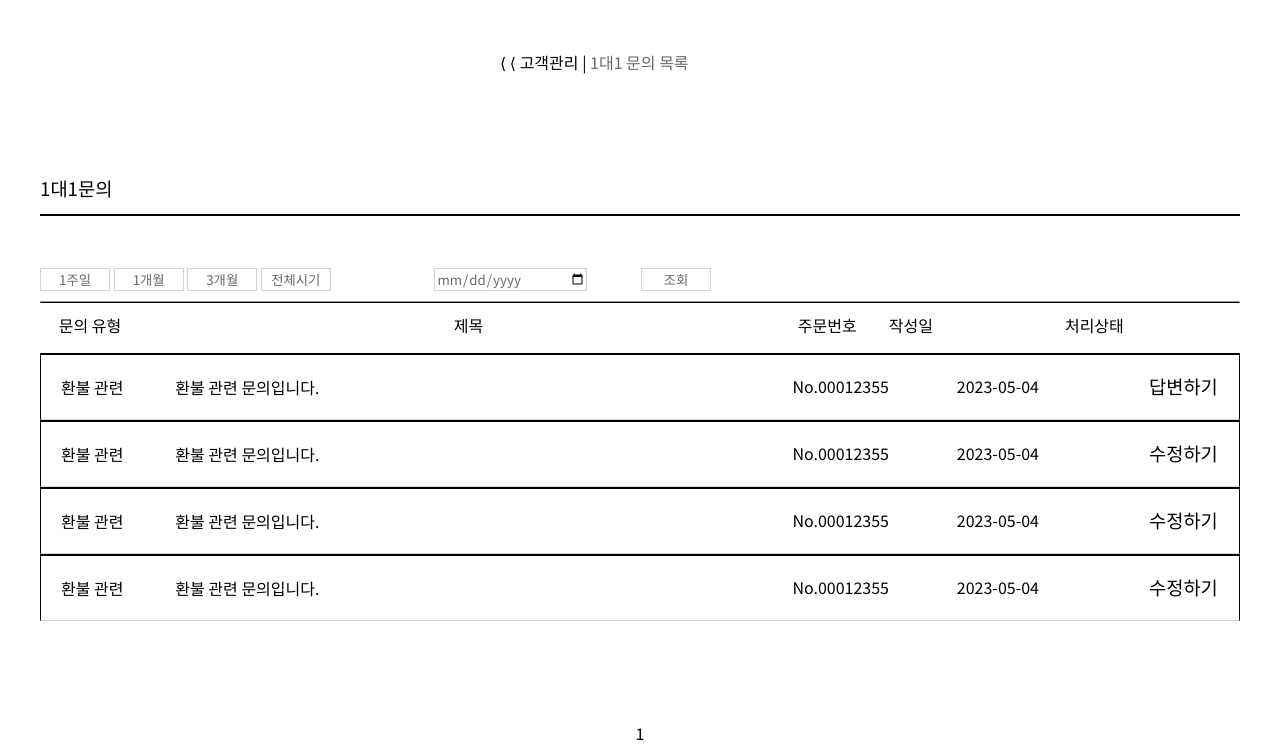
Repository: mcw9503/PassionForFashion
Page: Semi_Project/src/main/webapp/WEB-INF/QnaPage.html
These files come from the project's save history. The page is drawn as it stood at one moment and after the next save; the edit follows.
The browser window is 1280 px wide. The pictures show the whole page.

Above is the page before, as saved 2023-05-07 08:48:04.

### Semi_Project/src/main/webapp/WEB-INF/QnaPage.html
<!DOCTYPE html>
<html>
<head>
<meta charset="UTF-8">
<title>Insert title here</title>
<link href="https://fonts.googleapis.com/earlyaccess/notosanskr.css"
	rel="stylesheet">
</head>

<style>

* {
	outline: none;
	margin: 0;
	font-family: 'Noto Sans KR', sans-serif;
}

input[id*="answer"] {
	display: none;
}

input[id*="answer"] + label {
	display:block;
	padding:20px;
	border:1px solid black;
	border-top:2px solid black;
	border-bottom: 1px solid lightgray;
	color:black;
	font-weight:200;
	background: white;
	position: relative;
}


input[id*="answer"] + label h3 {
	position: absolute;
	top: 50%;
	right:10px;
	width:80px;
	height:30px;
	margin-top: -15px;
	border-top: none:
	background: white;
	font-weight: 200;
}

input[id*="answer"] + label span {
	position: absolute;
	top: 30%;
	right:200px;
}



input[id*="answer"] + label + div {
	max-height: 0;
	transition: all .35s;
	overflow: hidden;
	background: white;
	font-size: 11px;
	border-left: 1px solid lightgray;
	border-right: 1px solid lightgray;
}

input[id*="answer"] + label + div:last-child{
	border-bottom : 1px solid black;
}

input[id*="answer"] + label + div p {
	display:inline-block;
	padding:20px;
}

input[id*="answer"]:checked + label + div {
	max-height: 500px;
}
.qnaCategoy {
font-weight: 500;
}
hr{
border-bottom: 1px solid black;
}
div button {
	color: dimgray;
	background:white;
	border: 1px solid lightgray;
	margin-bottom: 10px;
	width: 70px;
}

div button:active{
	color: black;
	background:white;
	border: 0.5px solid black;
}

div form input {
	color: dimgray;
	background:white;
	border: 1px solid lightgray;
	margin-bottom: 10px;
	width: 70px;
}

div form input:active {
	color: black;
	background:white;
	border: 0.5px solid black;
}



</style>
<body>
	<div style="display:inline-block; margin-left: 500px; margin-bottom: 100px; margin-top: 50px;">&lang; &lang; 고객관리 <span>|</span> <span style="color:dimgray;">  1대1 문의 목록</span>
	</div>
	<div class="qnaWrap" style="width: 1200px; margin: auto;" >

		<h3 style="font-weight: 400; margin-bottom: 30px; border-bottom: 2px solid black; height: 40px;"> 1대1문의</h3>
		<div style="margin-top: 50px;">
			<form>
				<button type="button">1주일</button>
				<button type="button">1개월</button>
				<button type="button">3개월</button>
				<button type="button" name="date">전체시기</button>
				<input type="date" name="date" style="width:  150px; margin-left: 100px; margin-right: 50px;">
				<input type="submit" name="submit" value="조회">
			</form>
		</div>

		<hr style="margin-bottom: 10px; font-weight: 800; color:black;">

		<div style="display: inline-block; text-align: center; width: 100px; height: 40px;">
			<p>문의 유형</p>
		</div>
		<div style="display: inline-block; text-align: center; width: 650px; height: 40px;">
			<p> 제목 </p>
		</div>
		<div style="display: inline-block; text-align: center; width: 60px; height: 40px;">
			<p> 주문번호 </p>
		</div>
		<div style="display: inline-block; text-align: center; width: 100px; height: 40px; margin-right: 85px;">
			<p> 작성일 </p>
		</div>
		<div style="display: inline-block; text-align: center; width: 90px; height: 40px; ">
			<p> 처리상태 </p>
		</div>

		<input type="checkbox" id="answer01">
		<label for="answer01">
		<div class="qnaCategoy" style="display: inline-block; width: 100px;">환불 관련</div>
		&nbsp;&nbsp;
		환불 관련 문의입니다.
		<span style="margin-right: 150px;">No.00012355</span>
		<span>2023-05-04</span>
		<h3 class="ansComplete"style="margin-left: 15px; ">답변하기</h3></label>
		<div>
			<p class="qnaAnswer"></p>
		</div>

		<input type="checkbox" id="answer02">
		<label for="answer02">
		<div class="qnaCategoy" style="display: inline-block; width: 100px;">환불 관련</div>
		&nbsp;&nbsp;
		환불 관련 문의입니다.
		<span style="margin-right: 150px;">No.00012355</span>
		<span>2023-05-04</span>
		<h3 class="ansComplete" style="margin-left: 15px;"></h3></label>
		<div>
			<p class="qnaAnswer">답변완료 해드렸습니다.</p>
		</div>

		<input type="checkbox" id="answer03">
		<label for="answer03">
		<div class="qnaCategoy" style="display: inline-block; width: 100px;">환불 관련</div>
		&nbsp;&nbsp;
		환불 관련 문의입니다.
		<span style="margin-right: 150px;">No.00012355</span>
		<span>2023-05-04</span><h3 class="ansComplete" style="margin-left: 15px;">답변하기</h3></label>
		<div>
			<p class="qnaAnswer">답변완료 해드렸습니다. 다른 문의는 더 필요 없으신가요.
			저희 쇼핑몰을 이용해주셔서 감사드립니다. 좋은 하루 보내세요.</p>
		</div>

		<input type="checkbox" id="answer04">
		<label for="answer04">
		<div class="qnaCategoy" style="display: inline-block; width: 100px;">환불 관련</div>
		&nbsp;&nbsp;
		환불 관련 문의입니다.
		<span style="margin-right: 150px;">No.00012355</span>
		<span>2023-05-04</span><h3  class="ansComplete" style="margin-left: 15px;">답변하기</h3></label>
		<div>
			<p class="qnaAnswer">답변완료 해드렸습니다. 다른 문의는 더 필요 없으신가요.
			저희 쇼핑몰을 이용해주셔서 감사드립니다. 좋은 하루 보내세요.</p>
		</div>

		<div class="pageNum" style="margin-top: 100px; text-align: center;">1</div>

	</div>



	<script>
	window.onload = function(){
	const qnaAnswer = document.querySelectorAll(".qnaAnswer");
	const ansComplete = document.querySelectorAll(".ansComplete");


		for(i=0; i<qnaAnswer.length; i++){
			if(qnaAnswer[i].innerText == ""){
				ansComplete[i].innerText="답변하기";
			}else{
				ansComplete[i].innerText = "수정하기";
			}

		}



	}

	</script>

</body>
</html>

After the next save:
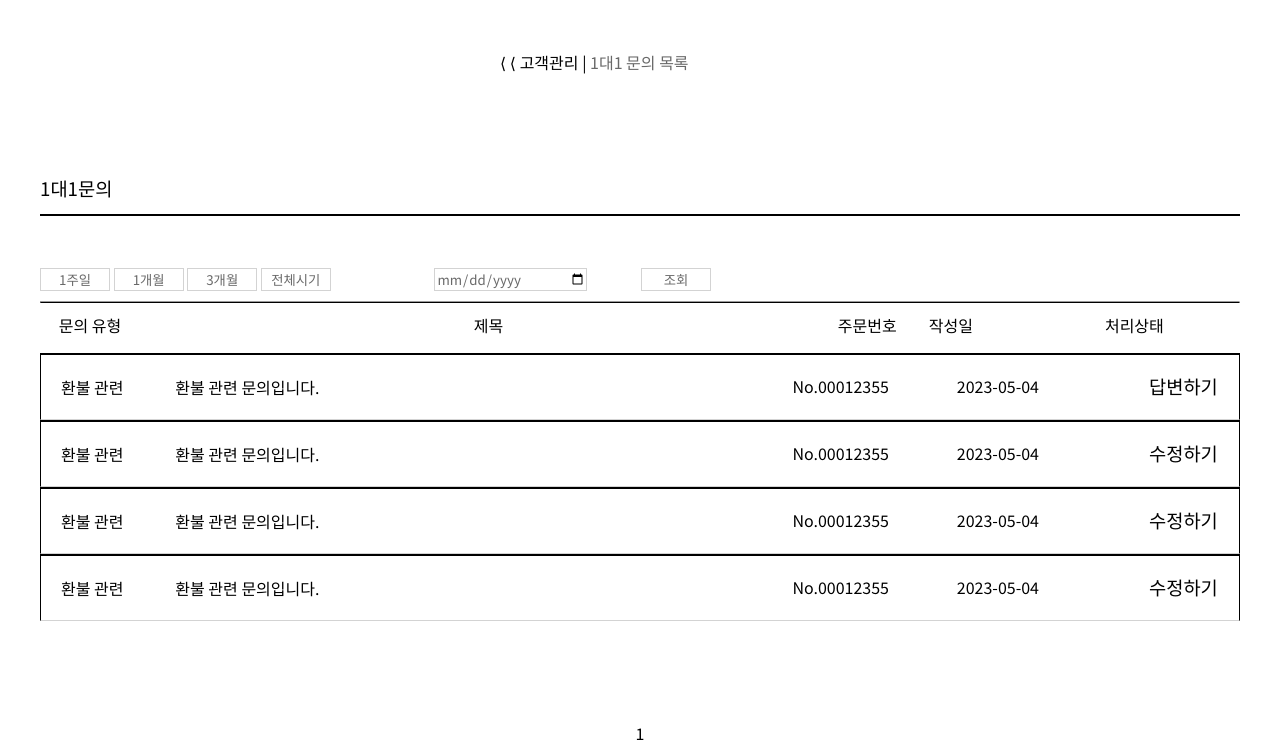
Saved 7 s later.
--- a/Semi_Project/src/main/webapp/WEB-INF/QnaPage.html
+++ b/Semi_Project/src/main/webapp/WEB-INF/QnaPage.html
@@ -133,7 +133,7 @@ div form input:active {
 		<div style="display: inline-block; text-align: center; width: 100px; height: 40px;">
 			<p>문의 유형</p>
 		</div>
-		<div style="display: inline-block; text-align: center; width: 650px; height: 40px;">
+		<div style="display: inline-block; text-align: center; width: 690px; height: 40px;">
 			<p> 제목 </p>
 		</div>
 		<div style="display: inline-block; text-align: center; width: 60px; height: 40px;">
